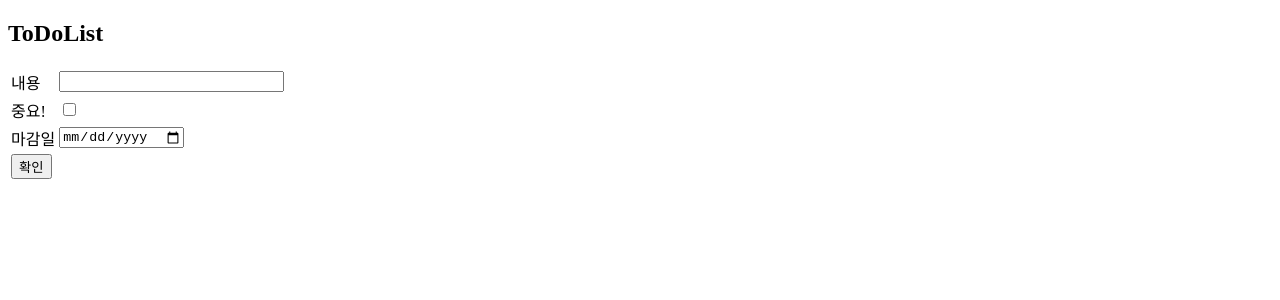
Repository: leesaereum/ToDoList
Page: http://localhost/ToDo/create.jsp
These files come from the project's save history. The page is drawn as it stood at one moment and after the next save; the edit follows.
The browser window is 1280 px wide. The pictures show the whole page.
The page is served by Tomcat 9.

Above is the page before, as saved 2022-03-29 06:07:18.

After the next save:
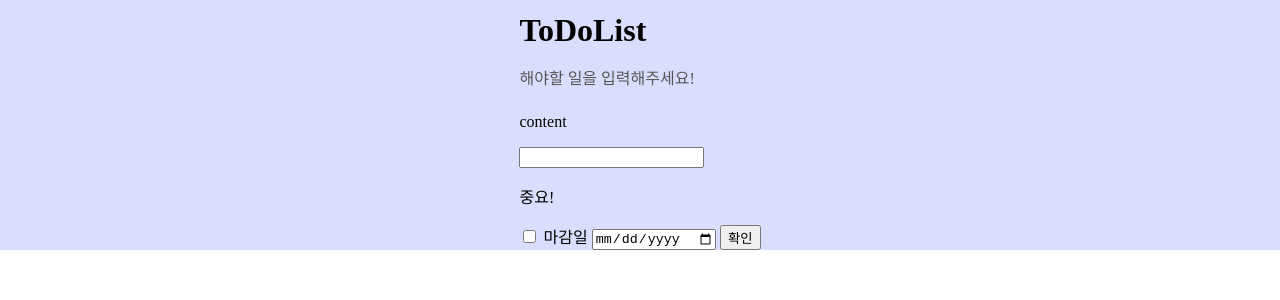
Saved 24 min 10 s later.
--- a/ToDo/src/main/webapp/create.jsp
+++ b/ToDo/src/main/webapp/create.jsp
@@ -4,36 +4,95 @@
 <html>
 <head>
 <meta charset="UTF-8">
+<style type="text/css">
 <title>ToDoList작성</title>
+
+html{
+	height: 100%;
+}
+body{
+	margin: 0;
+	padding: 0;
+	height: 100%;
+}
+.signIn__wrap{
+	width: 100%;
+	height: 100%;
+	display:flex;
+	justify-content: center;
+	align-items: center;
+	background-color: #DADEFD
+}
+.signIn__content{
+	width: 280px;
+	height: 400px;
+	padding: 30px;
+	background-color: white;
+	border-radius: 16px;
+}
+.signIn__title{
+	margin: 12px 0 16px;
+}
+.signIn__description{
+	color: #555;
+	margin: 0 0 24px;
+}
+.signIn__subTitle{
+	font-size: 14px;
+	font-weight: bold;
+	margin: 4px 0;
+}
+.signIn__liner{
+	margin-bottom: 16px;
+}
+.signIn__input{
+	width: 280px;
+	height: 40px;
+	box-sizing: border-box;
+	border-radius: 32px;
+	border: 1px solid #aaa;
+	padding: 8px 16px;
+	line-height: 24px;
+}
+.signIn__submit{
+	width: 280px;
+	background-color:royalblue;
+	color: white;
+	height: 44px;
+	margin: 24px 0;
+	border-radius: 32px;
+	cursor: pointer;
+}
+.signIn__info{
+	margin: 0;
+	font-size: 14px;
+}
+</style>
 </head>
 <body>
+<div class="signIn__wrap">
+<div class="signIn_content">
+<h1 class="signIn__title">ToDoList</h1>
+<p class="signIn__description">해야할 일을 입력해주세요!</p>
+	<form action="create_list.do" method="get">
+			<div class="signIn_liner">
+			<p class="signIn_subTitle"> content </p>
+			<input type="text" name="content">
+			</div>
+		<div class="signIn_liner">
+		<p class="signIn_subTitle"> 중요! </p>
+		<input type="checkbox" name="isImportant" value = "1">
 
-<h2>ToDoList</h2>
-<table border="0">
-	<form action="create_list.do" method="get">
-		<tr>
-			<td>내용</td>
-			<td><input type="text" name="content" size="25"></td>
-
-		</tr>
-		<tr>
-		<td>중요!</td>
-		<td><input type="checkbox" name="isImportant" value = "1"></td>
-		</tr>
-		<tr>
-			<td>마감일</td>
-			<td><input type="date" name="finishDate" ></td>
-		</tr>
+			마감일
+			<input type="date" name="finishDate">
 
 			<td colspan="2"><input type="submit" value="확인">
-		</tr>
+
+</div>
+</div>
+	</form>
 
 
 
-
-	</form>
-
-</table>
-
 </body>
 </html>
